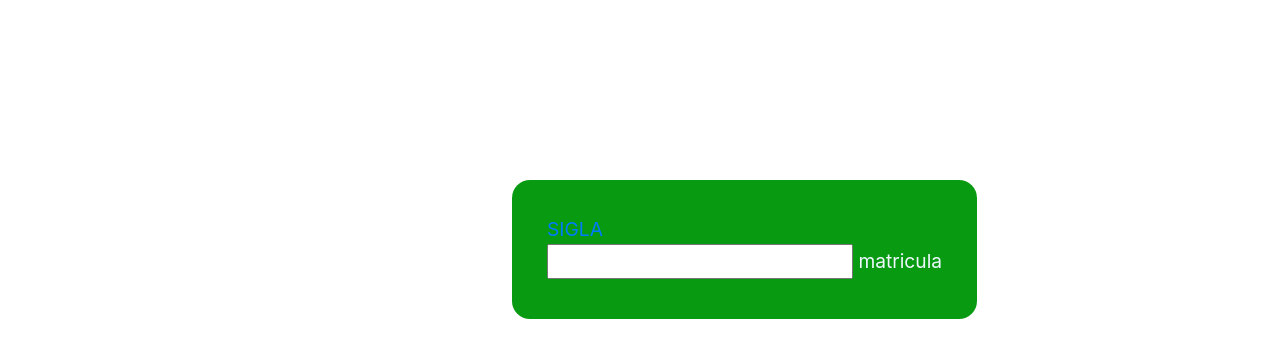
Repository: Melancia06/agenda
Page: index.html
The author's editor kept a copy of each file at every save. The page is drawn from the files as they stood at one save, then again after the next save.
The browser window is 1280 px wide. The pictures show the whole page.

Above is the page before, as saved 2024-08-08 09:29:58.

### index.html
<!DOCTYPE html>
<html lang="en">
<head>
    <meta charset="UTF-8">
    <meta name="viewport" content="width=device-width, initial-scale=1.0">
    <link rel="stylesheet" href="css/bootstrap.css">
    <link rel="stylesheet" href="css/fontawasome.css">
    <link rel="stylesheet" href="css/css.css">
    <title>começando a fazer esboço do sigla</title>
</head>
<body>
    <div class="marca" ><a class="marca-marca" href="#"> SIGLA</a>
        <br>
        <input type="text" name="matricula" id="matricula" class="input" required>
        <label for="matricula">matricula</label>
    </div>
</body>
</html>

### css/css.css
.marca{
    position: absolute;
   background-color:rgb(8, 155, 18);
   left: 40%;
   top: 25%;
    padding: 35px;
    border-radius: 18px;
    color: aliceblue;
 font-size: larger;
}
.marca-marca:hover{

    background-color:rgb(18, 175, 18);
}

Loaded but not shown: css/bootstrap.css (library); css/fontawasome.css (4616 lines, source omitted)

After the next save:
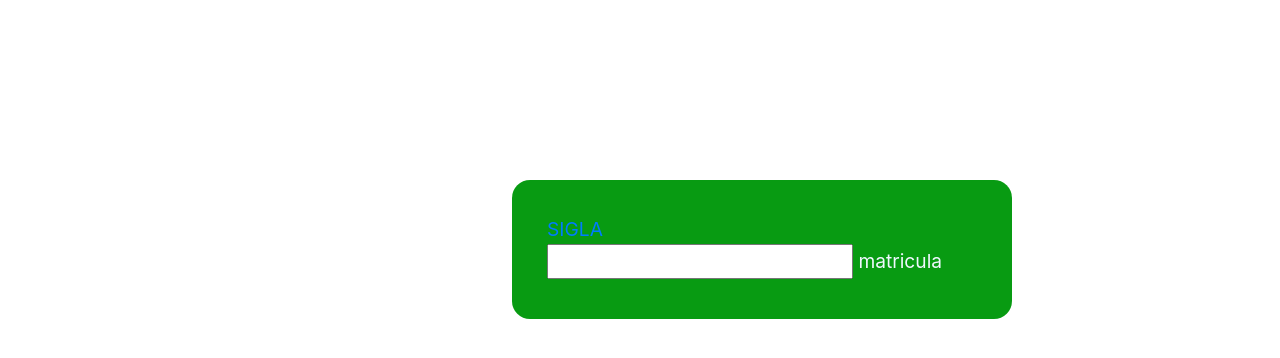
Saved 88 s later.
--- a/css/css.css
+++ b/css/css.css
@@ -7,6 +7,8 @@
     border-radius: 18px;
     color: aliceblue;
  font-size: larger;
+ min-width: 100px;
+min-width: 500px;
 }
 .marca-marca:hover{
 
